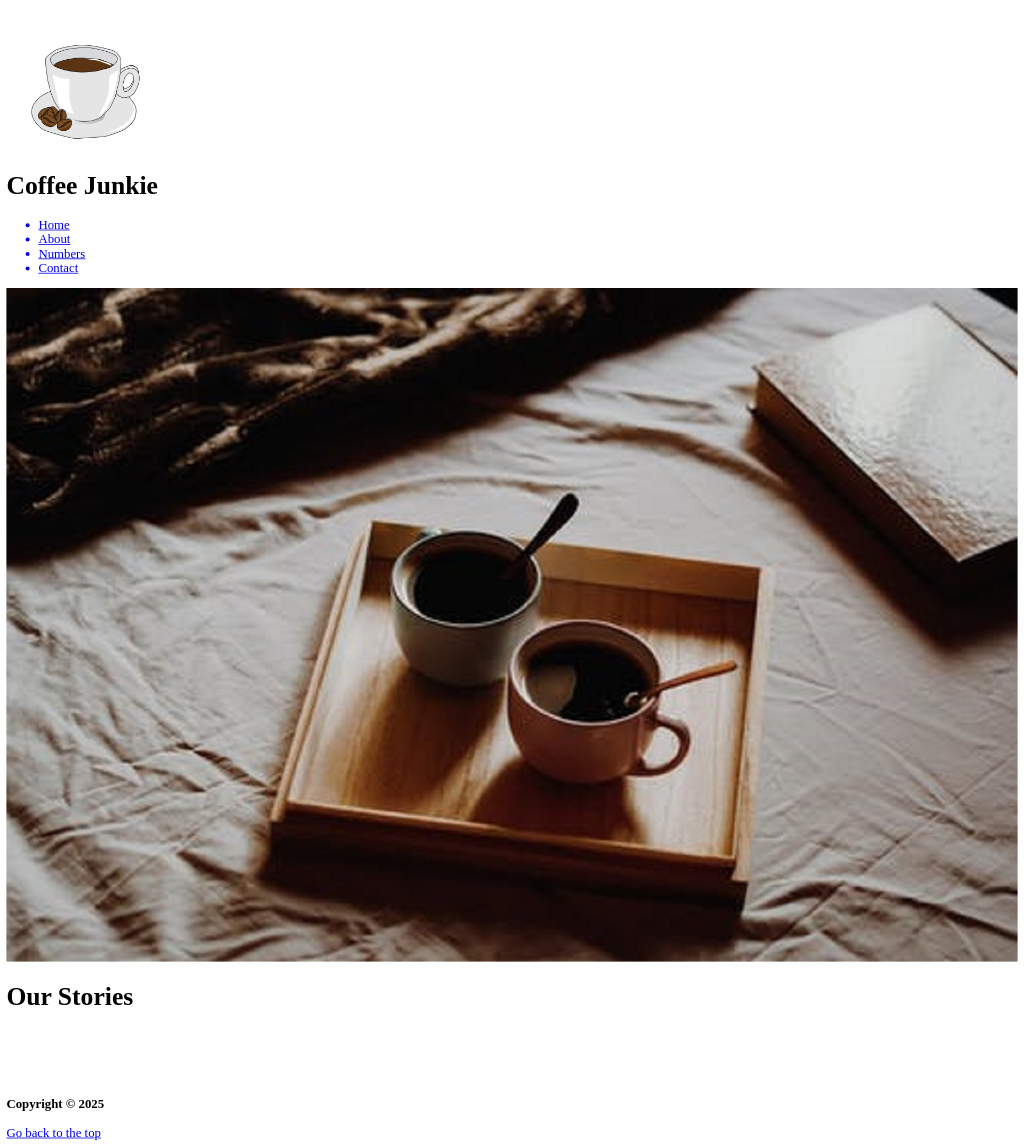
Repository: Tranghii/HTML-CSS
Page: HTML&CSS/miniExercise/number.html
These files come from the project's save history. The page is drawn as it stood at one moment and after the next save; the edit follows.
The browser window is 1280 px wide. The pictures show the whole page, at 80% of full size.

Above is the page before, as saved 2025-10-11 21:48:10.

### HTML&CSS/miniExercise/number.html
<!DOCTYPE html>
<html lang="en">
<head>
    <meta charset="UTF-8">
    <meta name="viewport" content="width=device-width, initial-scale=1.0">
    <title>Coffee Junkie Home</title>
</head>
<body>
    <div>
        <img id="top" src="images/coffeelogo.png" height="180" alt="coffee">
        <h1>Coffee Junkie</h1>
        <ul>
            <a href="index.html"><li>Home</li></a>
            <a href="#"><li>About</li></a>
            <a href="number.html"><li>Numbers</li></a>
            <a href="contact.html"><li>Contact</li></a>
        </ul>
        <img src="images/coffeeimage.jpeg" width="100%" alt="coffee">

        <div id="about">
                <h1>Our Stories</h1>
                <table>
                    <thead>
                        <tr>
                            <th></th>
                            <th></th>
                            <th></th>
                            <th></th>
                        </tr>
                    </thead>
                    <tbody>
                        <tr>
                            <td></td>
                            <td></td>
                            <td></td>
                            <td></td>
                        </tr>
                        <tr>
                            <td></td>
                            <td></td>
                            <td></td>
                            <td></td>
                        </tr>
                    </tbody>
                </table>

                <br><br><br><br>


            <strong>Copyright &copy; 2025</strong><br><br>
            <a href="#top">Go back to the top</a>
        </div>
    </div>


</body>
</html>

After the next save:
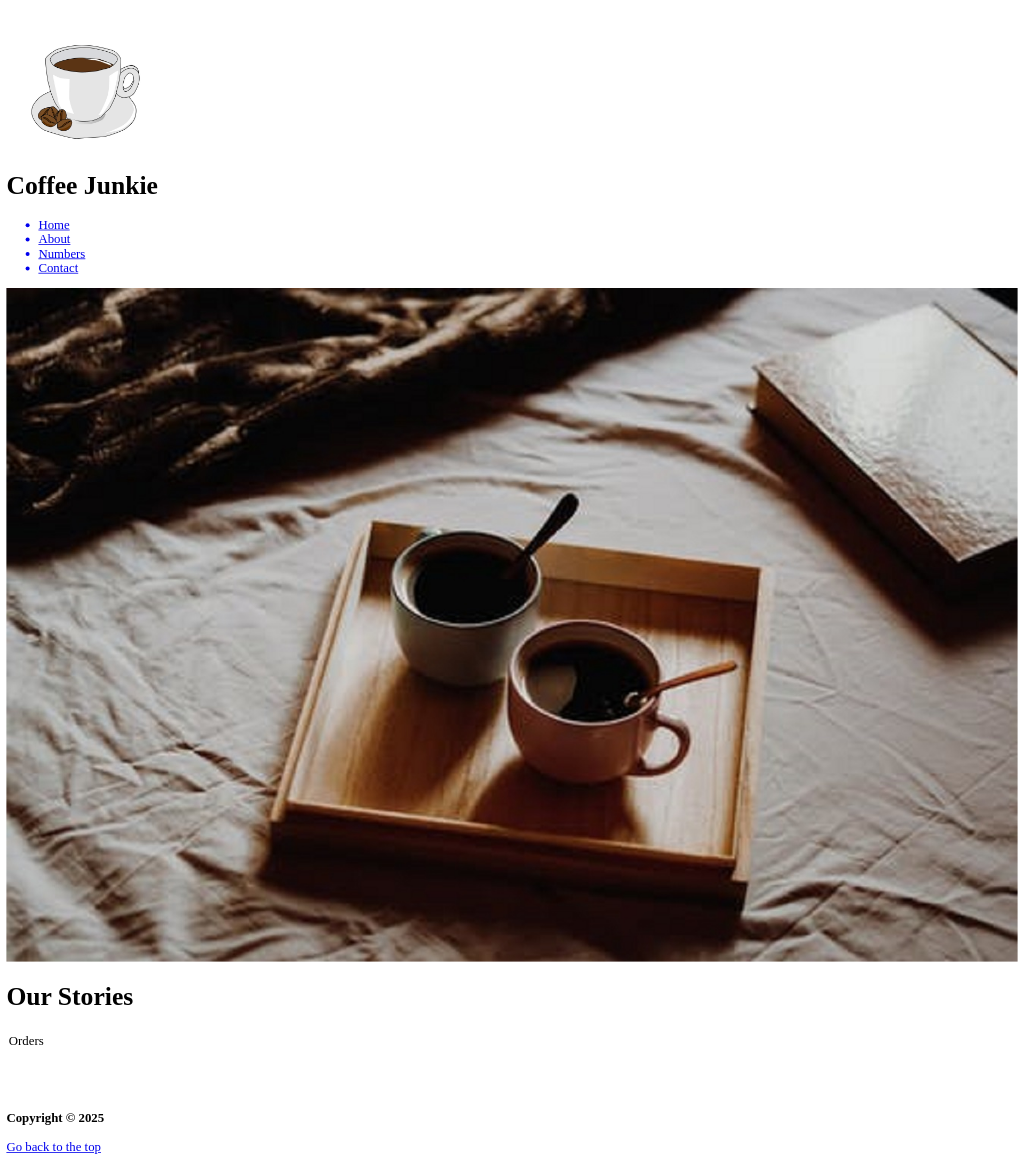
Saved 6 s later.
--- a/HTML&CSS/miniExercise/number.html
+++ b/HTML&CSS/miniExercise/number.html
@@ -30,7 +30,7 @@
                     </thead>
                     <tbody>
                         <tr>
-                            <td></td>
+                            <td>Orders</td>
                             <td></td>
                             <td></td>
                             <td></td>
